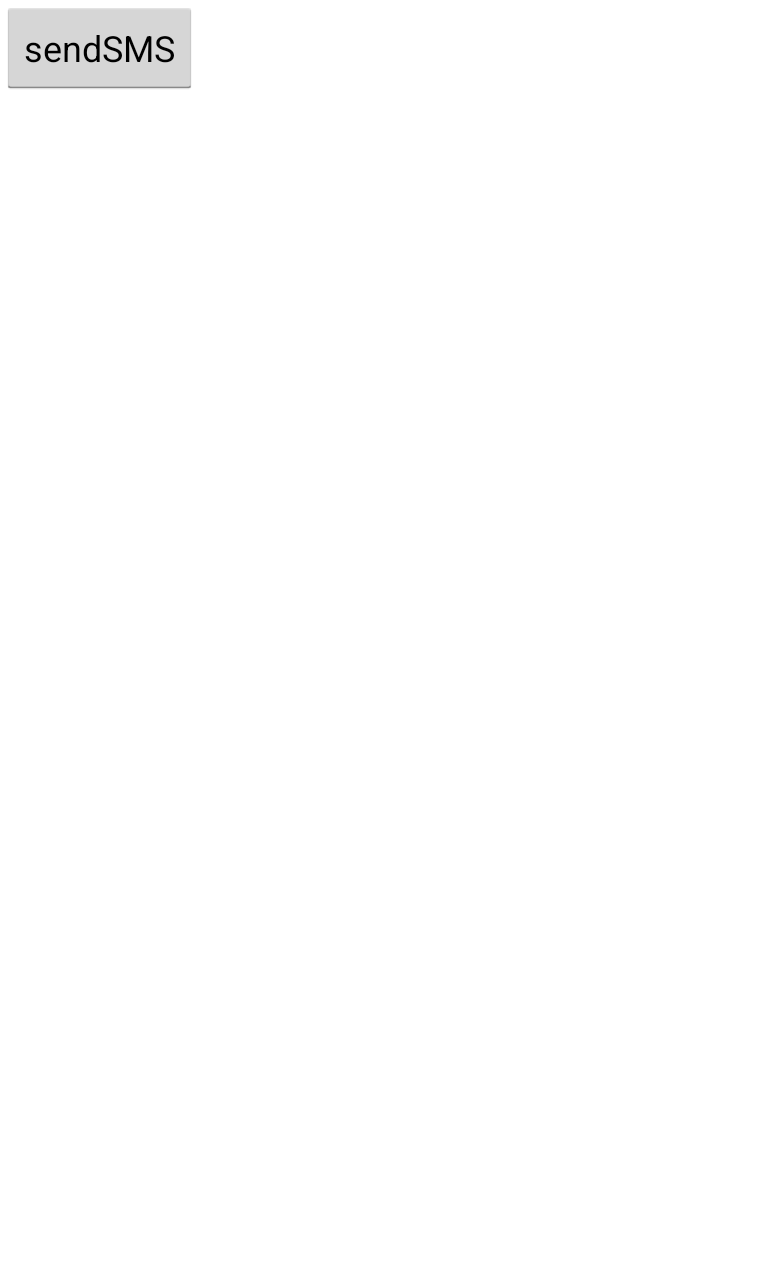
Repository: seth-skocelas/PHMS
Layout: PHMS/res/layout/activity_communication.xml
An editor plug-in stored every save of this project. The layout is shown before and after the next save, followed by the edit.
It is drawn on a 768 x 1280 px phone screen (xhdpi) without system bars, with theme AppTheme; the app's code is not run.

Above is the layout before, as saved 2014-04-22 08:17:31.

### PHMS/res/layout/activity_communication.xml
<FrameLayout xmlns:android="http://schemas.android.com/apk/res/android"
    xmlns:tools="http://schemas.android.com/tools"
    android:id="@+id/container"
    android:layout_width="match_parent"
    android:layout_height="match_parent"
    tools:context="com.example.phms.CommunicationActivity"
    tools:ignore="MergeRootFrame" >

    <Button
        android:id="@+id/sms"
        android:layout_width="wrap_content"
        android:layout_height="wrap_content"
        android:text="sendSMS" />

</FrameLayout>

Loaded but not shown: PHMS/res/values/styles.xml (common file); PHMS/res/values-v11/styles.xml (common file); PHMS/res/values-v14/styles.xml (common file)

After the next save:
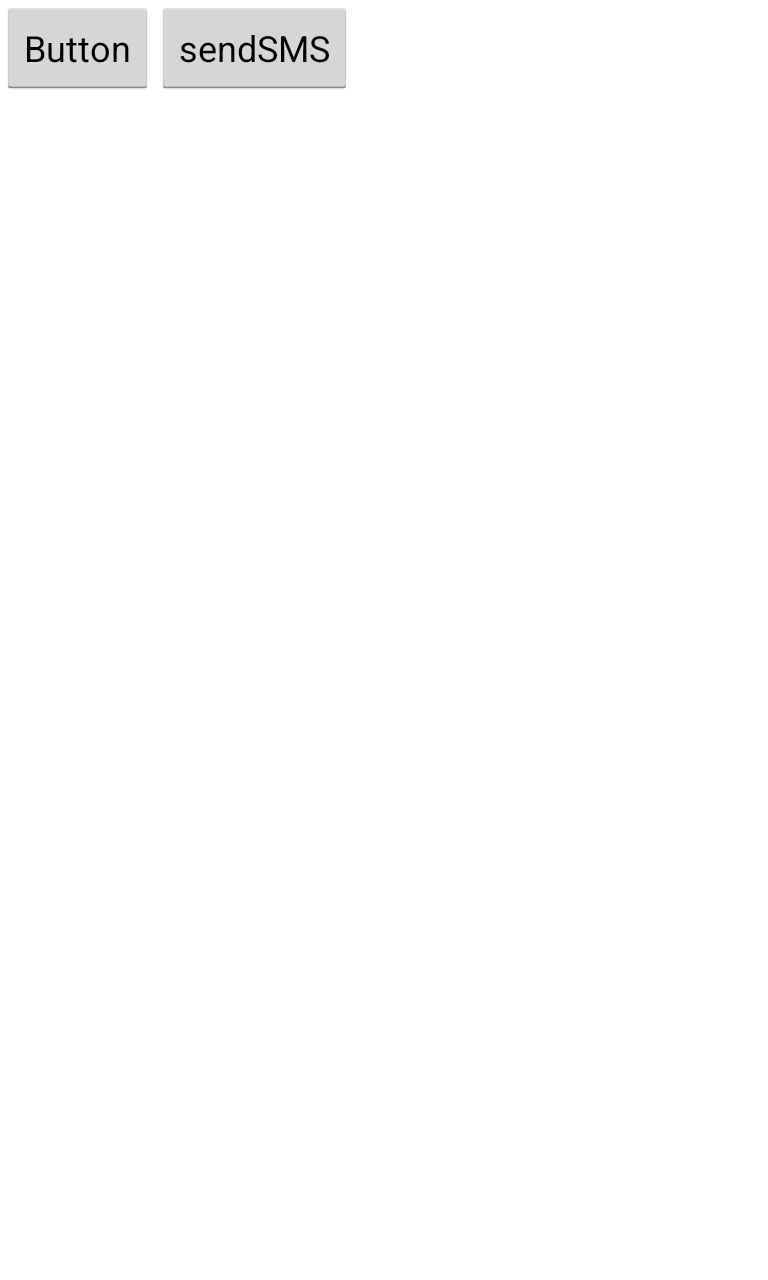
Saved 3 min 3 s later.
--- a/PHMS/res/layout/activity_communication.xml
+++ b/PHMS/res/layout/activity_communication.xml
@@ -1,4 +1,4 @@
-<FrameLayout xmlns:android="http://schemas.android.com/apk/res/android"
+<LinearLayout xmlns:android="http://schemas.android.com/apk/res/android"
     xmlns:tools="http://schemas.android.com/tools"
     android:id="@+id/container"
     android:layout_width="match_parent"
@@ -7,9 +7,15 @@
     tools:ignore="MergeRootFrame" >
 
     <Button
+        android:id="@+id/button1"
+        android:layout_width="wrap_content"
+        android:layout_height="wrap_content"
+        android:text="Button" />
+
+    <Button
         android:id="@+id/sms"
         android:layout_width="wrap_content"
         android:layout_height="wrap_content"
         android:text="sendSMS" />
 
-</FrameLayout>
+</LinearLayout>
